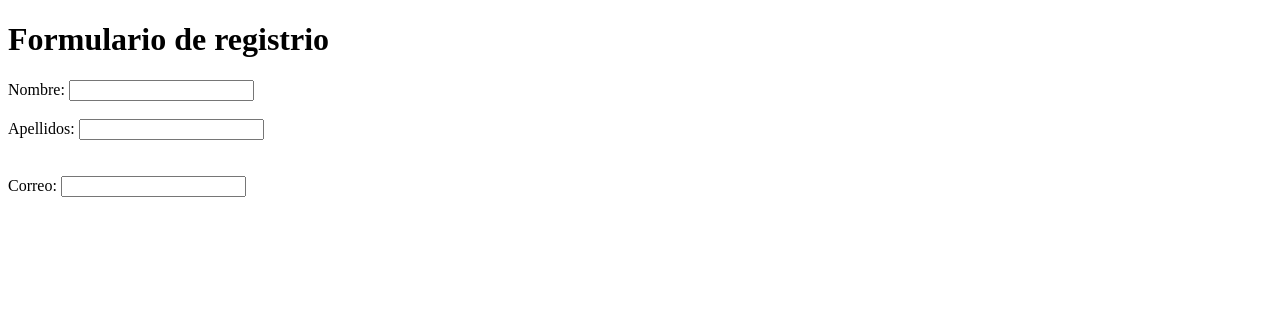
Repository: ScoggoDev/DesarrolloWeb
Page: tarea en equipo 1/register.html
These files come from the project's save history. The page is drawn as it stood at one moment and after the next save; the edit follows.
The browser window is 1280 px wide. The pictures show the whole page.

Above is the page before, as saved 2021-07-12 10:17:27.

### tarea en equipo 1/register.html
<!DOCTYPE html>
<html lang="en">
<head>
    <meta charset="UTF-8">
    <meta http-equiv="X-UA-Compatible" content="IE=edge">
    <meta name="viewport" content="width=device-width, initial-scale=1.0">
    <title>Registro de usuario</title>
</head>
<body>
    <h1>Formulario de registrio</h1>
    <label for="fname">Nombre: </label>
      <input type="text" id="fname" name="fname"><br>
    <br>
    <label for="flname">Apellidos:</label>
      <input type="text" id="flname" name="flname"><br>
    <br>

    <br>
    <label for="fmail">Correo:</label>
      <input type="text" id="fmail" name="fmail"><br>
</body>
</html>

After the next save:
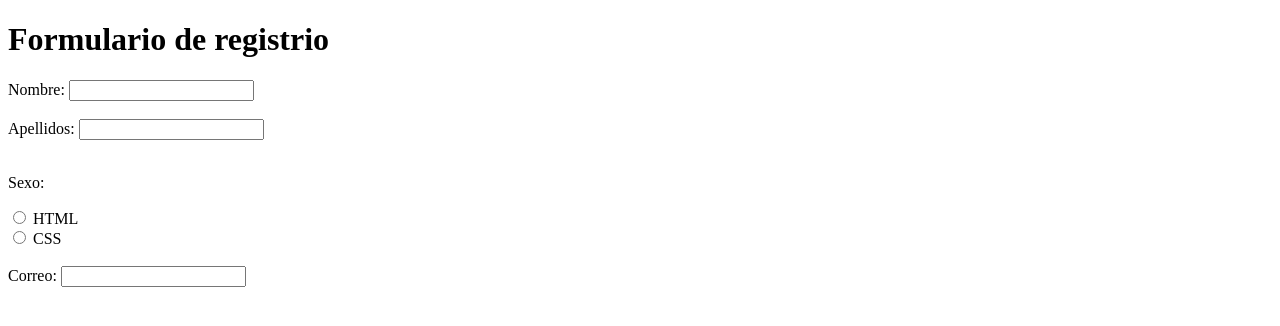
Saved 67 s later.
--- a/tarea en equipo 1/register.html
+++ b/tarea en equipo 1/register.html
@@ -14,7 +14,11 @@
     <label for="flname">Apellidos:</label>
       <input type="text" id="flname" name="flname"><br>
     <br>
-
+        <p>Sexo: </p>
+        <input type="radio" id="html" name="sex" value="male">
+        <label for="html">HTML</label><br>
+        <input type="radio" id="css" name="sex" value="female">
+        <label for="css">CSS</label><br>
     <br>
     <label for="fmail">Correo:</label>
       <input type="text" id="fmail" name="fmail"><br>
